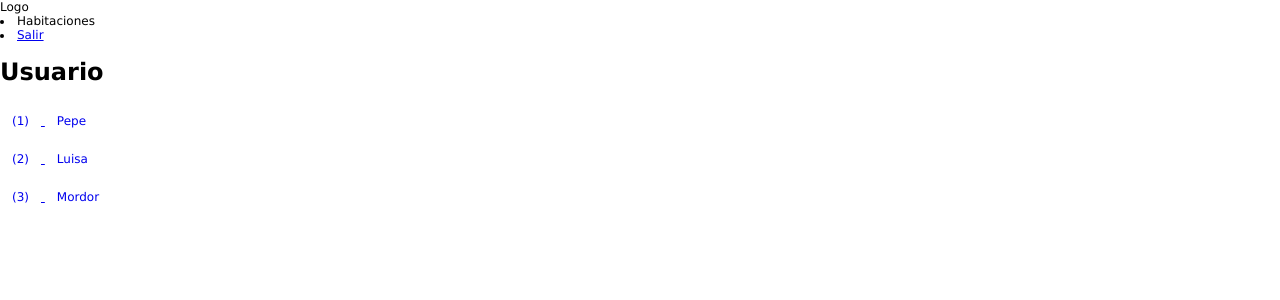
Repository: anagut/java-web
Page: http://localhost/HelloLogin/listausuarios
These files come from the project's save history. The page is drawn as it stood at one moment and after the next save; the edit follows.
The browser window is 1280 px wide. The pictures show the whole page.
The page is served by Tomcat 9. The session is filled in as if someone had signed in: {"usuario": "testuser"}.

Above is the page before, as saved 2018-11-14 13:44:40.

After the next save:
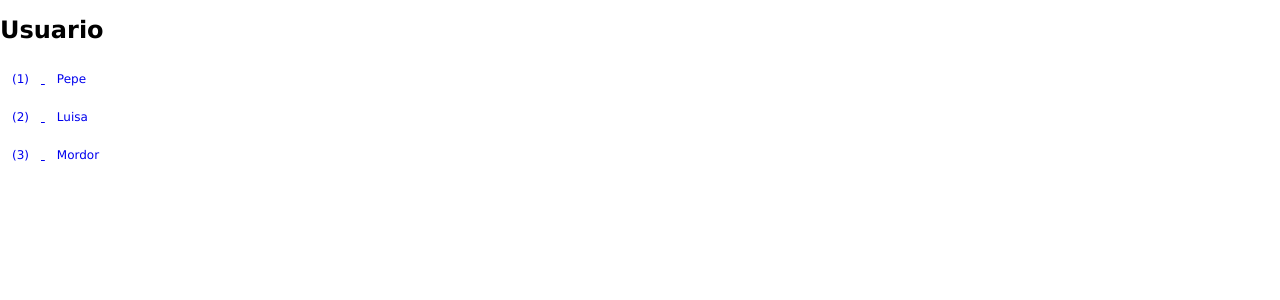
Saved 14 s later.
--- a/HelloLogin/WebContent/listausuarios.jsp
+++ b/HelloLogin/WebContent/listausuarios.jsp
@@ -10,14 +10,6 @@
 <link rel="stylesheet" href="./css/style.css"></link>
 </head>
 <body>
-	<header>
-	<div>Logo</div>
-	<nav>
-		<li>Habitaciones</li>
-		<li><a href="./logout")>Salir</a></li>
-	</nav>
-	</header>
-
 	<h1>Usuario</h1>
 	<ul>
 		<c:forEach var="unUsuario" items="${losUsuarios}">
